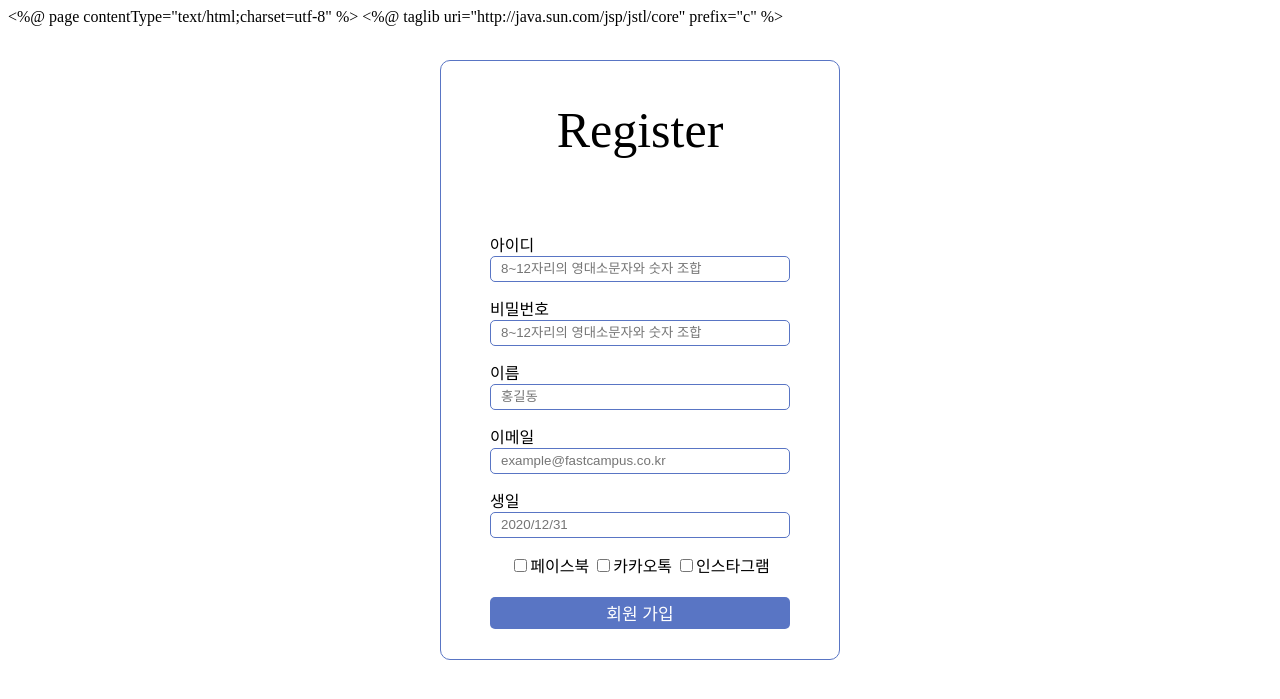
Repository: Star-mini/Spring
Page: ch2/src/main/webapp/WEB-INF/views/registerForm.html
The author's editor kept a copy of each file at every save. The page is drawn from the files as they stood at one save, then again after the next save.
The browser window is 1280 px wide. The pictures show the whole page.
Some web libraries are served in a nearby version.

Above is the page before, as saved 2023-08-24 15:00:18.

After the next save:
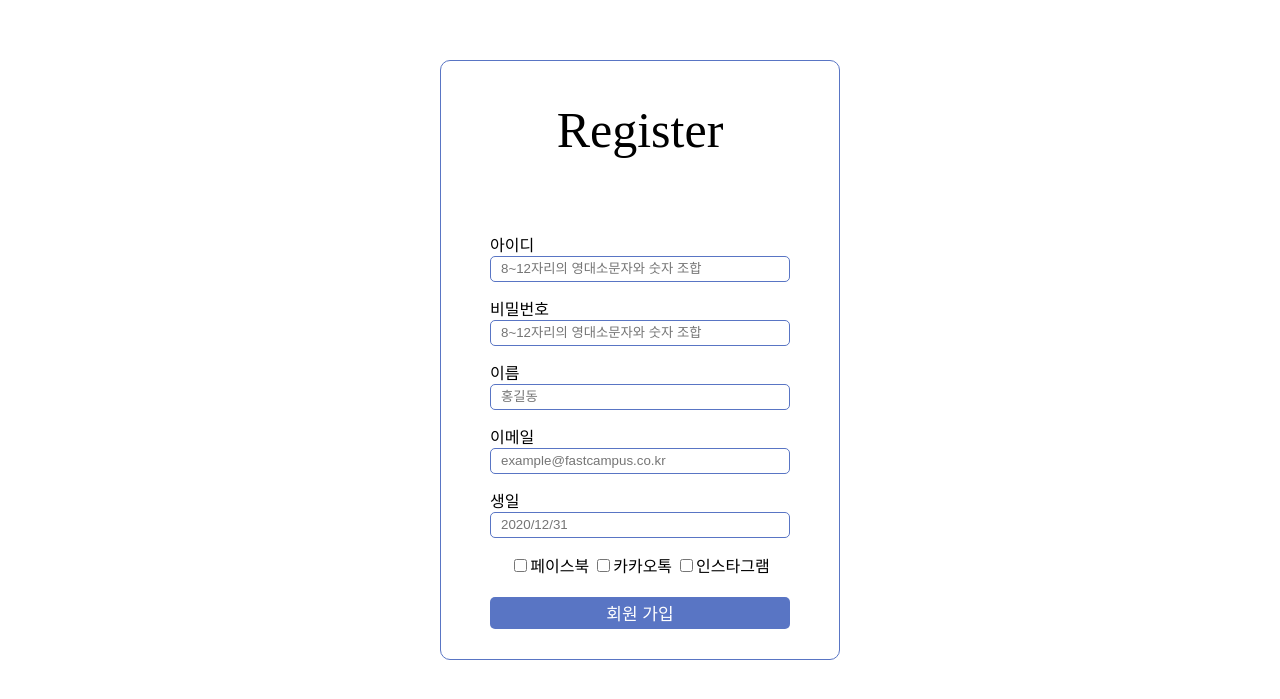
Saved 2 h 21 min later.
--- a/ch2/src/main/webapp/WEB-INF/views/registerForm.html
+++ b/ch2/src/main/webapp/WEB-INF/views/registerForm.html
@@ -1,5 +1,3 @@
-<%@ page contentType="text/html;charset=utf-8" %>
-<%@ taglib uri="http://java.sun.com/jsp/jstl/core" prefix="c" %>
 <!DOCTYPE html>
 <html lang="en">
 <head>
@@ -68,7 +66,7 @@
     <title>Register</title>
 </head>
 <body>
-   <form>
+   <form action="/ch2/registerInfo.jsp" method="POST" >
     <div class="title">Register</div>
     <div id="msg" class="msg"> </div>
     <label for="">아이디</label>
